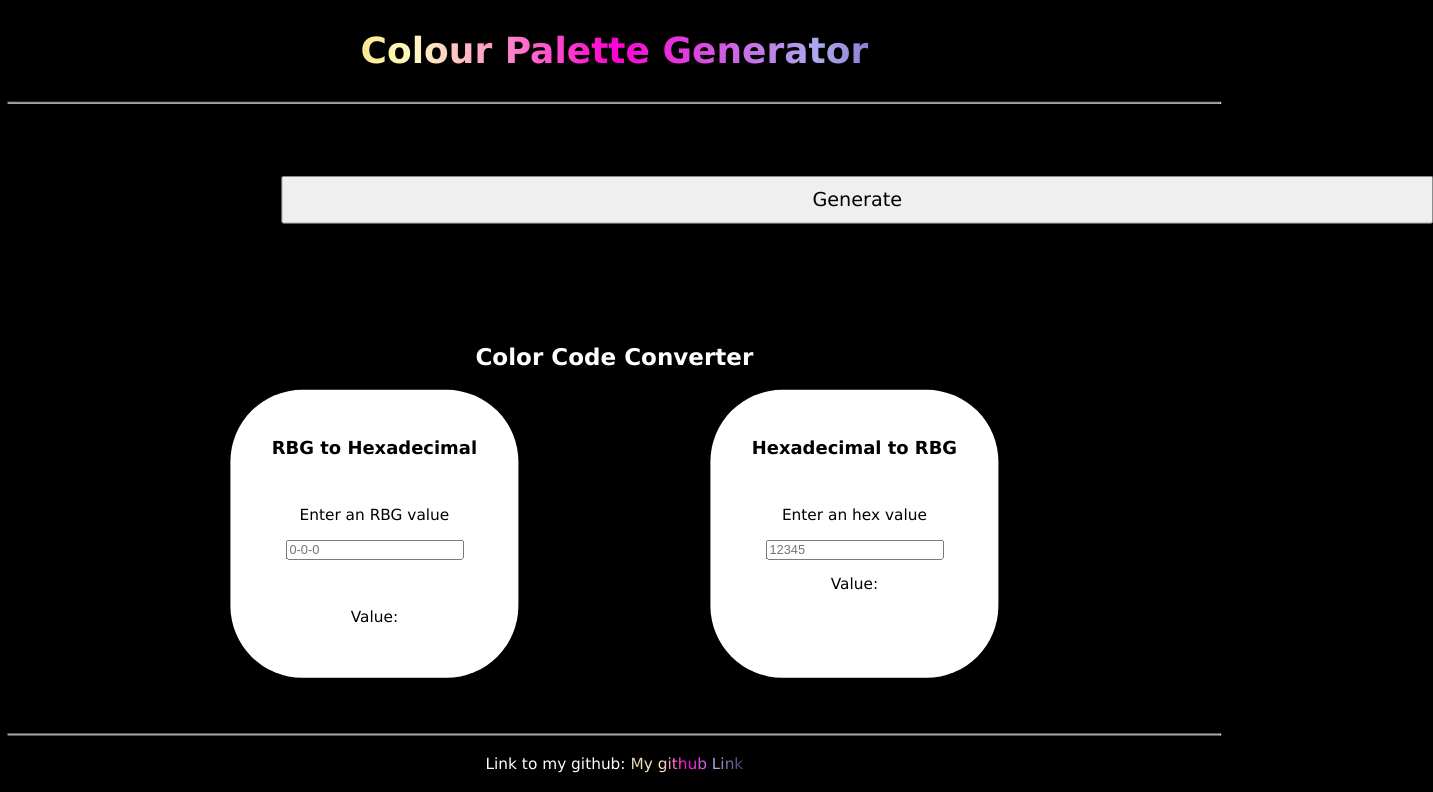
Repository: aedawes/cs260
Page: CreativePro2/index.html
These files come from the project's save history. The page is drawn as it stood at one moment and after the next save; the edit follows.
The browser window is 1280 px wide. The page is 1493 px wide, so the pictures cover 1493 px, including what lies to the right of the window. The pictures show the whole page, at 96% of full size.

Above is the page before, as saved 2022-02-18 11:49:17.

After the next save:
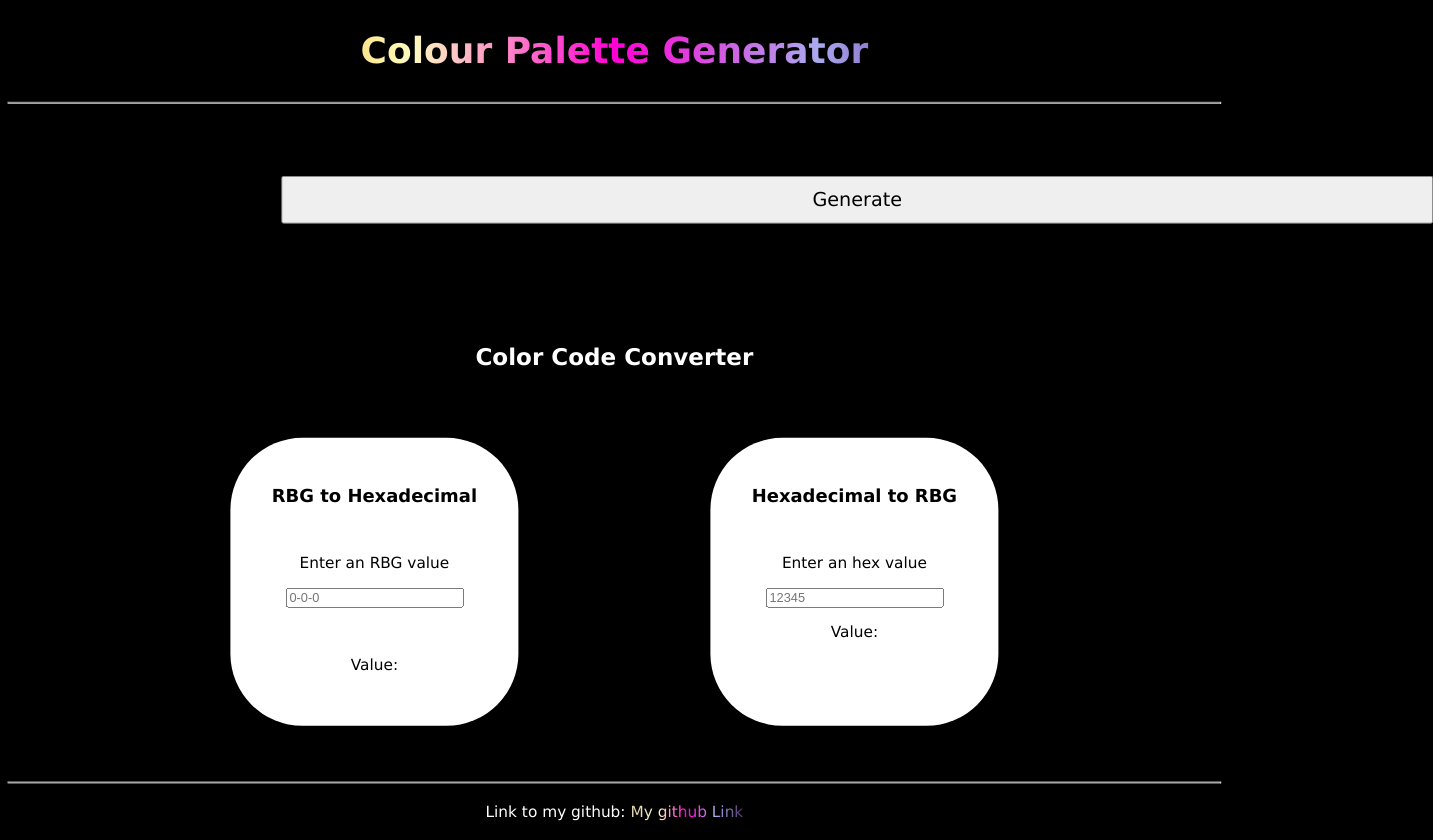
Saved 7 s later.
--- a/CreativePro2/style.css
+++ b/CreativePro2/style.css
@@ -153,7 +153,7 @@ h2{
 }
 
 .item{
-    margin-top: 0px;
+    margin-top: 50px;
     margin-bottom: 50px;
     margin-left: 100px;
     margin-right: 100px;
